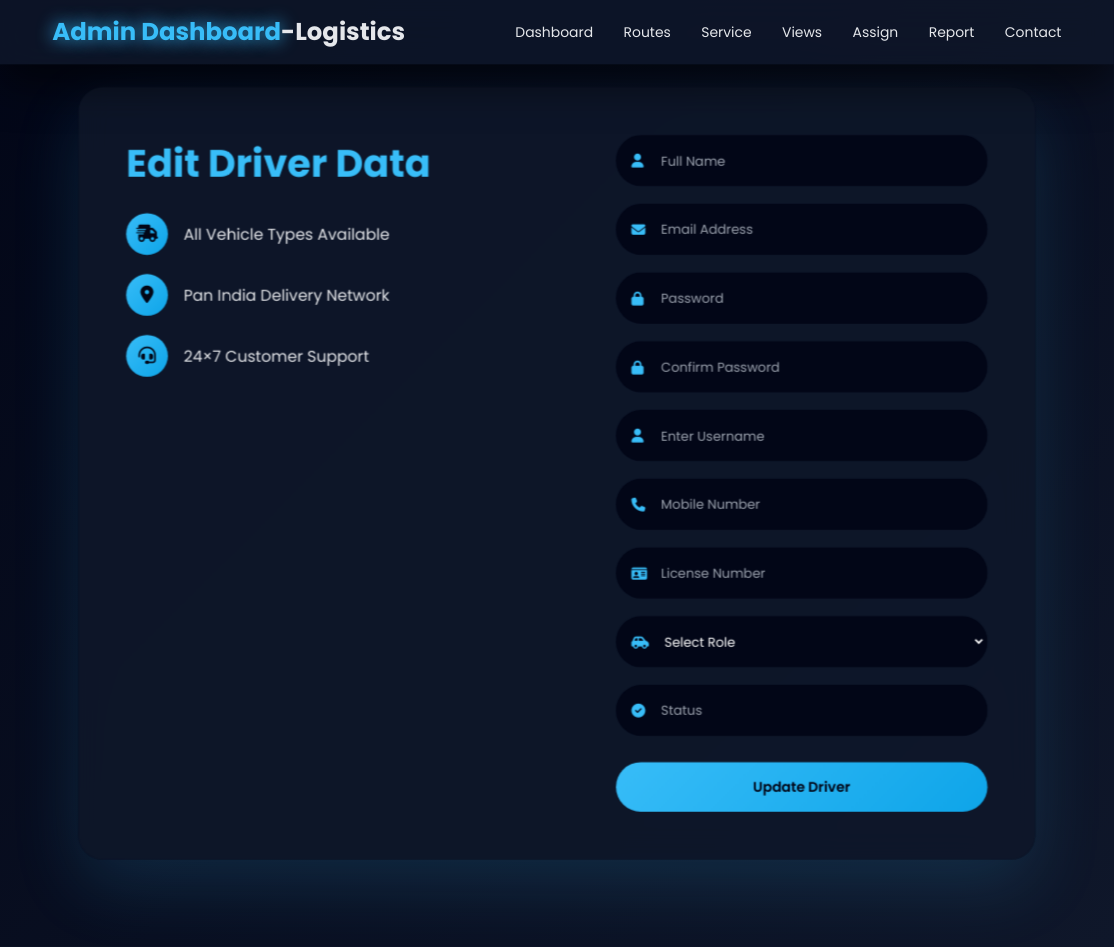
Repository: Pintu-6545/Java_Programming
Page: http://localhost/GreenFleetApplication/update-drivers.jsp
An editor plug-in stored every save of this project. The page is shown before and after the next save, followed by the edit.
The browser window is 1280 px wide. The pictures show the whole page, at 87% of full size.
The page is served by Tomcat 10. Other server files are loaded and not shown. The template is opened directly, without the code that normally fills it, so the values that code supplies are empty.

Above is the page before, as saved 2025-12-25 07:13:07.

### Assessement/GreenFeetApp1/GreenFleetApplication/src/main/webapp/update-drivers.jsp
<%@page import="com.bean.Drivers"%>
<%@page import="com.dao.DriversDao"%>
<%@page import="com.bean.DriverView"%>
<%@ page language="java" contentType="text/html; charset=UTF-8"
	pageEncoding="UTF-8"%>
<%@include file="header.jsp"%>
<!DOCTYPE html>
<html>
<head>
<meta charset="UTF-8">
<title>Edit Driver Details</title>
</head>
<body>
	<section class="form-section">
		<div class="form-wrapper">

			<!-- LEFT INFO -->
			<div class="form-info">
				<h2>Edit Driver Data</h2>

				<div class="info-box">
					<i class="fa-solid fa-truck-fast"></i> <span>All Vehicle
						Types Available</span>
				</div>

				<div class="info-box">
					<i class="fa-solid fa-location-dot"></i> <span>Pan India
						Delivery Network</span>
				</div>

				<div class="info-box">
					<i class="fa-solid fa-headset"></i> <span>24×7 Customer
						Support</span>
				</div>
			</div>

			<!-- FORM -->
			<%
				DriverView d = (DriverView)request.getAttribute("d");
			%>
			<form class="form-box" name="frm" method="post" action="DriverController">
				<div class="input-group">
					<i class="fa-solid fa-user"></i> <input type="text"
					 name="name" placeholder="Full Name" required>
				</div>

				<div class="input-group">
					<i class="fa-solid fa-envelope"></i> <input type="email"
					 name="email" placeholder="Email Address" required>
				</div>

				<div class="input-group">
					<i class="fa fa-lock"></i> <input type="password"
						name="password" placeholder="Password" required>
				</div>
				<div class="input-group">
					<i class="fa fa-lock"></i> <input type="password"
						name="cpassword" placeholder="Confirm Password" required>
				</div>
				<div class="input-group">
					<i class="fa fa-user"></i> <input type="text"
					name="username"	placeholder="Enter Username" required>
				</div>
				<div class="input-group">
					<i class="fa-solid fa-phone"></i> <input type="text"
						name="phone_no" placeholder="Mobile Number" required>
				</div>
				<div class="input-group">
					<i class="fa fa-id-card"></i> <input type="text"
					name="license_no" placeholder="License Number" required>
				</div>

				<div class="input-group">
					<i class="fa-solid fa-car-side"></i> <select name="role" required>
						<option value="Select Role">Select Role</option>
         				<option value="driver">Driver</option>
					</select>
				</div>
				<div class="input-group">
					<i class="fa fa-check-circle"></i> <input type="text"
					name="status" placeholder="Status" required>
				</div>

				<button type="submit" name="action" value="insert">Update Driver</button>
			</form>

		</div>
	</section>

</body>
</html>

### Assessement/GreenFeetApp1/GreenFleetApplication/src/main/webapp/header.jsp
<%@ page language="java" contentType="text/html; charset=UTF-8"
    pageEncoding="UTF-8"%>
<!DOCTYPE html>
<html>
<head>
<meta charset="UTF-8">
<title>Ultra AI Logistics</title>
<meta name="viewport" content="width=device-width, initial-scale=1.0">

<!-- FONT & ICONS -->
<link
	href="https://fonts.googleapis.com/css2?family=Poppins:wght@300;400;600;700&display=swap"
	rel="stylesheet">
<link rel="stylesheet"
	href="https://cdnjs.cloudflare.com/ajax/libs/font-awesome/6.5.1/css/all.min.css">

<link rel="stylesheet" href="css/index.css">
</head>
<body>
<!-- ================= NAVBAR ================= -->
	<nav class="navbar">
		<div class="logo">
			<span>Admin Dashboard</span>-Logistics
		</div>

		<div class="menu-toggle" id="menuToggle">
			<span></span><span></span><span></span>
		</div>

		<ul class="menu" id="menu">
			<li class="menu-item"><a href="admin-index.jsp">Dashboard</a></li>

			<li class="menu-item"><a href="#">Routes</a>
				<ul class="dropdown">
					<li><a href="#">Add Route</a></li>
					<li><a href="#">View Route </a></li>
				</ul></li>
			<li class="menu-item"><a href="#">Service</a>
				<ul class="dropdown">
					<li><a href="add-driver.jsp">Add Driver</a></li>
					<li><a href="#">Add Vehicle</a></li>
					<li><a href="#">Add Vehicle Feul</a></li>
					<li><a href="#">Add Maintanance</a></li>
				</ul></li>


			<li class="menu-item"><a href="#">Views</a>
				<ul class="dropdown">
					<li><a href="view-drivers.jsp">View Drivers</a></li>
					<li><a href="#">View Vehicles</a></li>
					<li><a href="#">View Feuls</a></li>
				</ul></li>
				<li class="menu-item"><a href="#">Assign</a>
				<ul class="dropdown">
					<li><a href="#"> Add Vehicle-Driver</a></li>
					<li><a href="#">View Vehicles-Driver</a></li>

				</ul></li>
			<li class="menu-item"><a href="#">Report</a>
				<ul class="dropdown">
					<li><a href="#">Incident Report</a></li>
					<li><a href="#">Other Report</a></li>
				</ul></li>
			<li class="menu-item"><a href="#">Contact</a>
				<ul class="dropdown">
					<li><a href="#">Support</a></li>
					<li><a href="#">Email</a></li>
				</ul></li>
		</ul>
	</nav>

</body>
</html>

### Assessement/GreenFeetApp1/GreenFleetApplication/src/main/webapp/css/index.css
/* ================= GLOBAL ================= */
*{
    margin:0;
    padding:0;
    box-sizing:border-box;
    font-family:Poppins,sans-serif;
}
body{
    background:#0f172a;
    color:#fff;
}

/* ================= ROOT ================= */
:root{
    --bg:#020617;
    --glass:rgba(15,23,42,.85);
    --primary:#38bdf8;
    --secondary:#22d3ee;
    --text:#e5e7eb;
}

/* ================= NAVBAR ================= */
.navbar{
    position:fixed;
    top:0;
    width:100%;
    padding:16px 60px;
    background:var(--glass);
    backdrop-filter:blur(18px);
    display:flex;
    justify-content:space-between;
    align-items:center;
    z-index:1000;
    box-shadow:0 20px 50px rgba(0,0,0,.6);
}

/* ================= LOGO ================= */
.logo{
    font-size:28px;
    font-weight:800;
    color:var(--text);
}
.logo span{
    color:var(--primary);
    text-shadow:0 0 20px var(--primary);
}

/* ================= MENU ================= */
.menu{
    display:flex;
    gap:35px;
    list-style:none;
}
.menu-item{
    position:relative;
}
.menu-item > a{
    color:var(--text);
    text-decoration:none;
    font-size:16px;
    padding:10px 0;
    position:relative;
}

/* underline animation */
.menu-item > a::after{
    content:"";
    position:absolute;
    bottom:-6px;
    left:0;
    width:0;
    height:3px;
    background:linear-gradient(90deg,var(--primary),var(--secondary));
    transition:.4s;
    border-radius:10px;
}
.menu-item > a:hover::after{
    width:100%;
}

/* ================= DROPDOWN ================= */
.dropdown{
    position:absolute;
    top:55px;
    left:0;
    background:linear-gradient(180deg,#020617,#020617);
    border-radius:18px;
    min-width:210px;
    padding:10px;
    opacity:0;
    visibility:hidden;
    transform:rotateX(-15deg) translateY(15px);
    transform-origin:top;
    transition:.45s cubic-bezier(.2,.8,.2,1);
    box-shadow:0 25px 80px rgba(56,189,248,.25);
}

.dropdown li{
    list-style:none;
}

.dropdown a{
    display:block;
    padding:14px 18px;
    border-radius:12px;
    color:#cbd5f5;
    text-decoration:none;
    transition:.3s;
}
.dropdown a:hover{
    background:linear-gradient(135deg,var(--primary),var(--secondary));
    color:#020617;
    transform:translateX(6px);
}

/* hover open */
.menu-item:hover .dropdown{
    opacity:1;
    visibility:visible;
    transform:rotateX(0) translateY(0);
}

/* ================= MOBILE ================= */
.menu-toggle{
    display:none;
    flex-direction:column;
    gap:6px;
    cursor:pointer;
}
.menu-toggle span{
    width:28px;
    height:3px;
    background:var(--primary);
    border-radius:10px;
}

/* ================= RESPONSIVE ================= */
@media(max-width:900px){
    .menu-toggle{display:flex;}
    .menu{
        position:absolute;
        top:75px;
        right:30px;
        background:#020617;
        flex-direction:column;
        width:260px;
        border-radius:20px;
        padding:20px;
        opacity:0;
        pointer-events:none;
        transform:scale(.9);
        transition:.4s;
    }
    .menu.active{
        opacity:1;
        pointer-events:auto;
        transform:scale(1);
    }
    .dropdown{
        position:static;
        transform:none;
        opacity:1;
        visibility:visible;
        box-shadow:none;
    }
}

/* ================= CAROUSEL ================= */
.carousel{
    height:100vh;
    margin-top:80px;
    position:relative;
    overflow:hidden;
}
.slide{
    position:absolute;
    inset:0;
    background-size:cover;
    background-position:center;
    opacity:0;
    transition:opacity 1.2s;
}
.slide.active{opacity:1;}
.overlay{
    position:absolute;
    inset:0;
    background:linear-gradient(to right,rgba(0,0,0,.75),rgba(0,0,0,.3));
}
.content{
    position:absolute;
    top:50%;
    left:8%;
    transform:translateY(-50%);
    max-width:600px;
}
.content h1{
    font-size:48px;
}
.content p{
    margin:15px 0 25px;
    color:#e2e8f0;
}
.btn{
    padding:14px 30px;
    border-radius:30px;
    border:none;
    background:linear-gradient(45deg,#38bdf8,#0ea5e9);
    cursor:pointer;
}

/* ================= SECTIONS ================= */
.section{
    padding:90px 8%;
}
.section h2{
    font-size:38px;
    color:#38bdf8;
}
.section p{
    max-width:850px;
    color:#cbd5f5;
}

/* ================= CARDS ================= */
.card-grid{
    display:grid;
    grid-template-columns:repeat(auto-fit,minmax(250px,1fr));
    gap:25px;
    margin-top:40px;
}
.card{
    background:#1e293b;
    border-radius:15px;
    overflow:hidden;
    transition:.4s;
}
.card:hover{
    transform:translateY(-8px);
}
.card img{
    width:100%;
    height:200px;
    object-fit:cover;
}
.card h3{
    padding:15px;
    color:#38bdf8;
}
.card p{
    padding:0 15px 20px;
    font-size:14px;
}

/* ================= TABLE ================= */
table{
    width:100%;
    border-collapse:collapse;
    margin-top:30px;
}
th,td{
    padding:14px;
    border:1px solid #334155;
    text-align:center;
}
th{
    background:#38bdf8;
    color:#000;
}
tr:nth-child(even){
    background:#1e293b;
}

/* ================= FORM SECTION ================= */
.form-section{
    padding:100px 6%;
    background:linear-gradient(135deg,#020617,#0f172a);
}

.form-wrapper{
    max-width:1100px;
    margin:auto;
    background:rgba(15,23,42,.92);
    backdrop-filter:blur(18px);
    border-radius:28px;
    padding:55px;
    display:grid;
    grid-template-columns:1.2fr 1fr;
    gap:50px;
    box-shadow:0 30px 80px rgba(56,189,248,.15);
}

/* ================= LEFT INFO ================= */
.form-info h2{
    font-size:44px;
    margin-bottom:25px;
    color:#38bdf8;
}

.info-box{
    display:flex;
    align-items:center;
    gap:18px;
    margin:22px 0;
    font-size:18px;
    color:#e5e7eb;
}

.info-box i{
    width:48px;
    height:48px;
    display:grid;
    place-items:center;
    font-size:20px;
    background:linear-gradient(135deg,#38bdf8,#0ea5e9);
    color:#020617;
    border-radius:50%;
}

/* ================= FORM ================= */
.form-box{
    display:flex;
    flex-direction:column;
    gap:20px;
}

.input-group{
    position:relative;
}

.input-group i{
    position:absolute;
    top:50%;
    left:18px;
    transform:translateY(-50%);
    font-size:16px;
    color:#38bdf8;
    pointer-events:none;
}

.input-group input,
.input-group select,
.input-group textarea{
    width:100%;
    padding:16px 18px 16px 50px;
    border-radius:30px;
    border:2px solid transparent;
    outline:none;
    background:#020617;
    color:#fff;
    font-size:15px;
    transition:.35s;
}

/* Focus & Hover Handling */
.input-group input:focus,
.input-group textarea:focus,
.input-group select:focus{
    border-color:#38bdf8;
    box-shadow:0 0 0 4px rgba(56,189,248,.15);
}

/* Placeholder */
::placeholder{
    color:#9ca3af;
}

/* Textarea */
textarea{
    height:120px;
    resize:none;
}

/* ================= BUTTON ================= */
.form-box button{
    margin-top:10px;
    padding:16px;
    border-radius:30px;
    border:none;
    font-size:16px;
    font-weight:600;
    color:#020617;
    background:linear-gradient(135deg,#38bdf8,#0ea5e9);
    cursor:pointer;
    transition:.35s;
}

.form-box button:hover{
    transform:translateY(-2px);
    box-shadow:0 15px 40px rgba(56,189,248,.4);
}

/* ================= RESPONSIVE ================= */
@media(max-width:900px){
    .form-wrapper{
        grid-template-columns:1fr;
        padding:40px;
    }
    .form-info h2{
        font-size:36px;
    }
}

@media(max-width:480px){
    .form-wrapper{
        padding:30px 22px;
    }
    .input-group input,
    .input-group select,
    .input-group textarea{
        font-size:14px;
    }
}

After the next save:
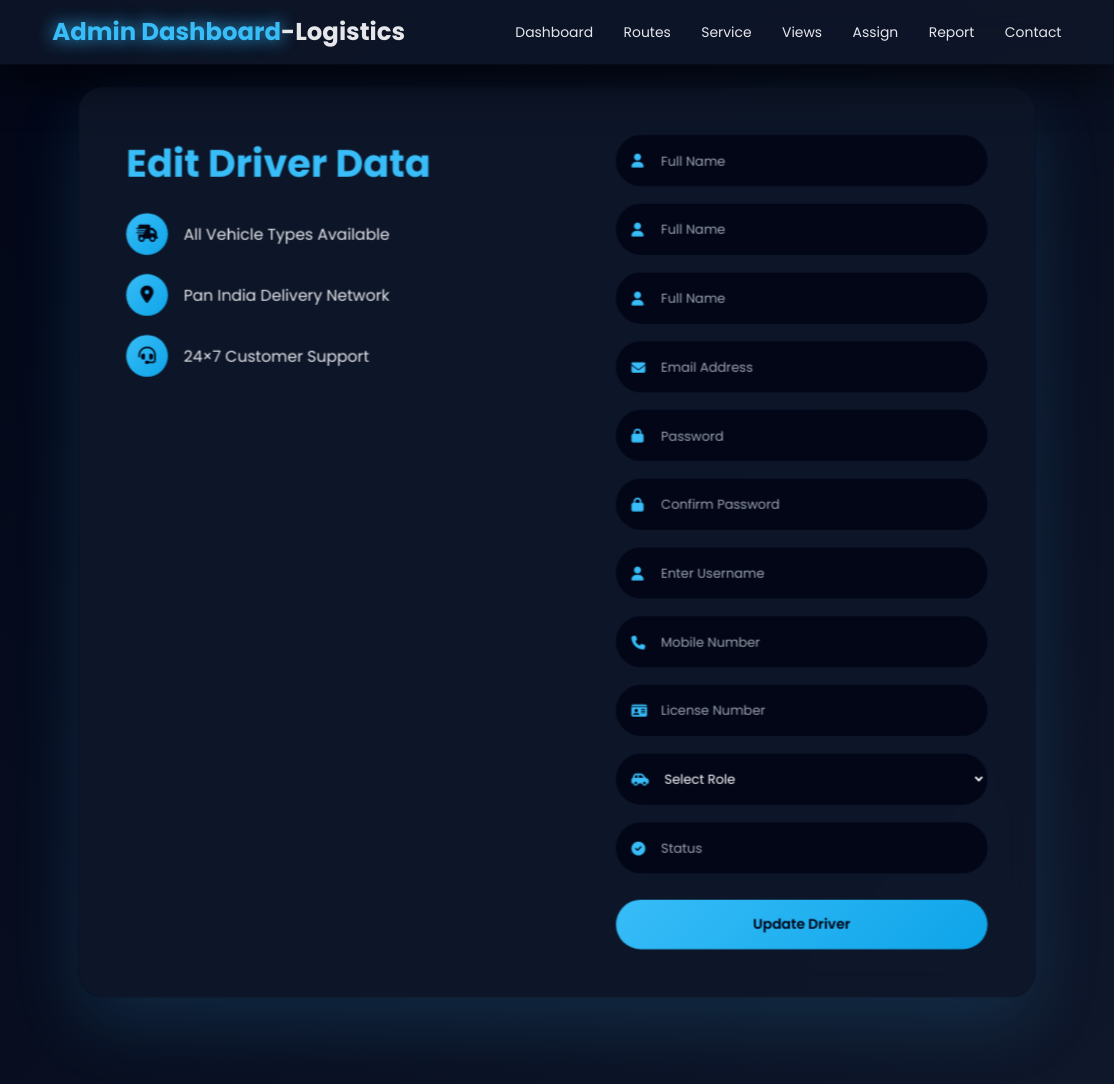
Saved 78 s later.
--- a/Assessement/GreenFeetApp1/GreenFleetApplication/src/main/webapp/update-drivers.jsp
+++ b/Assessement/GreenFeetApp1/GreenFleetApplication/src/main/webapp/update-drivers.jsp
@@ -39,6 +39,14 @@
 				DriverView d = (DriverView)request.getAttribute("d");
 			%>
 			<form class="form-box" name="frm" method="post" action="DriverController">
+				<div class="input-group">
+					<i class="fa-solid fa-user"></i> <input type="text"
+					 name="user_id" placeholder="Full Name" required>
+				</div>
+				<div class="input-group">
+					<i class="fa-solid fa-user"></i> <input type="text"
+					 name="driver_id" placeholder="Full Name" readonly="readonly" required>
+				</div>
 				<div class="input-group">
 					<i class="fa-solid fa-user"></i> <input type="text"
 					 name="name" placeholder="Full Name" required>
